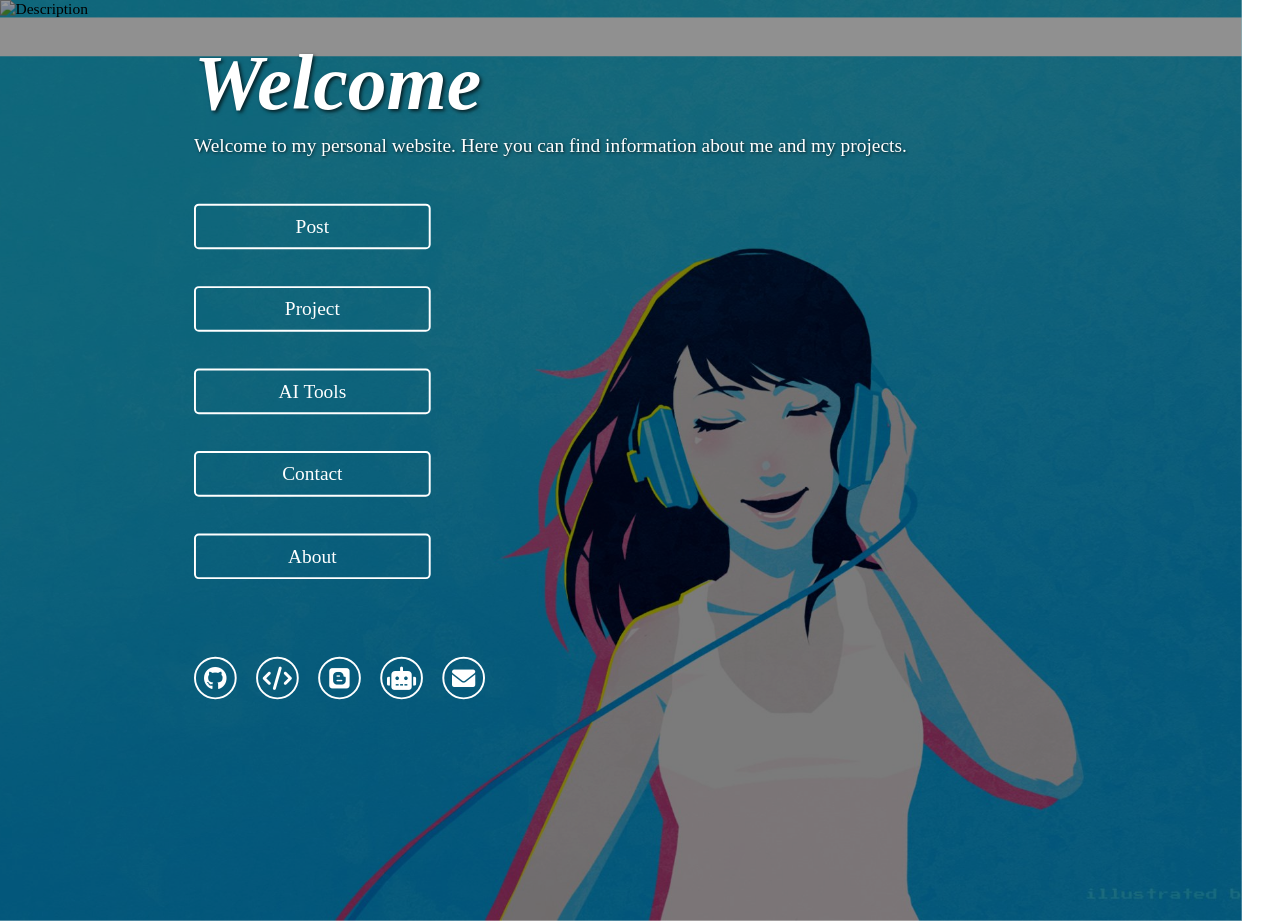
Repository: cydxf/cydxf.github.io
Page: index.html
An editor plug-in stored every save of this project. The page is shown before and after the next save, followed by the edit.
The browser window is 1280 px wide. The page is 1280 px wide, then 1320 px, so the pictures cover 1320 px, including what lies to the right of the window. The pictures show the whole page, at 97% of full size.

Above is the page before, as saved 2024-08-02 04:01:21.
Not found: your-image-url.jpg

After the next save:
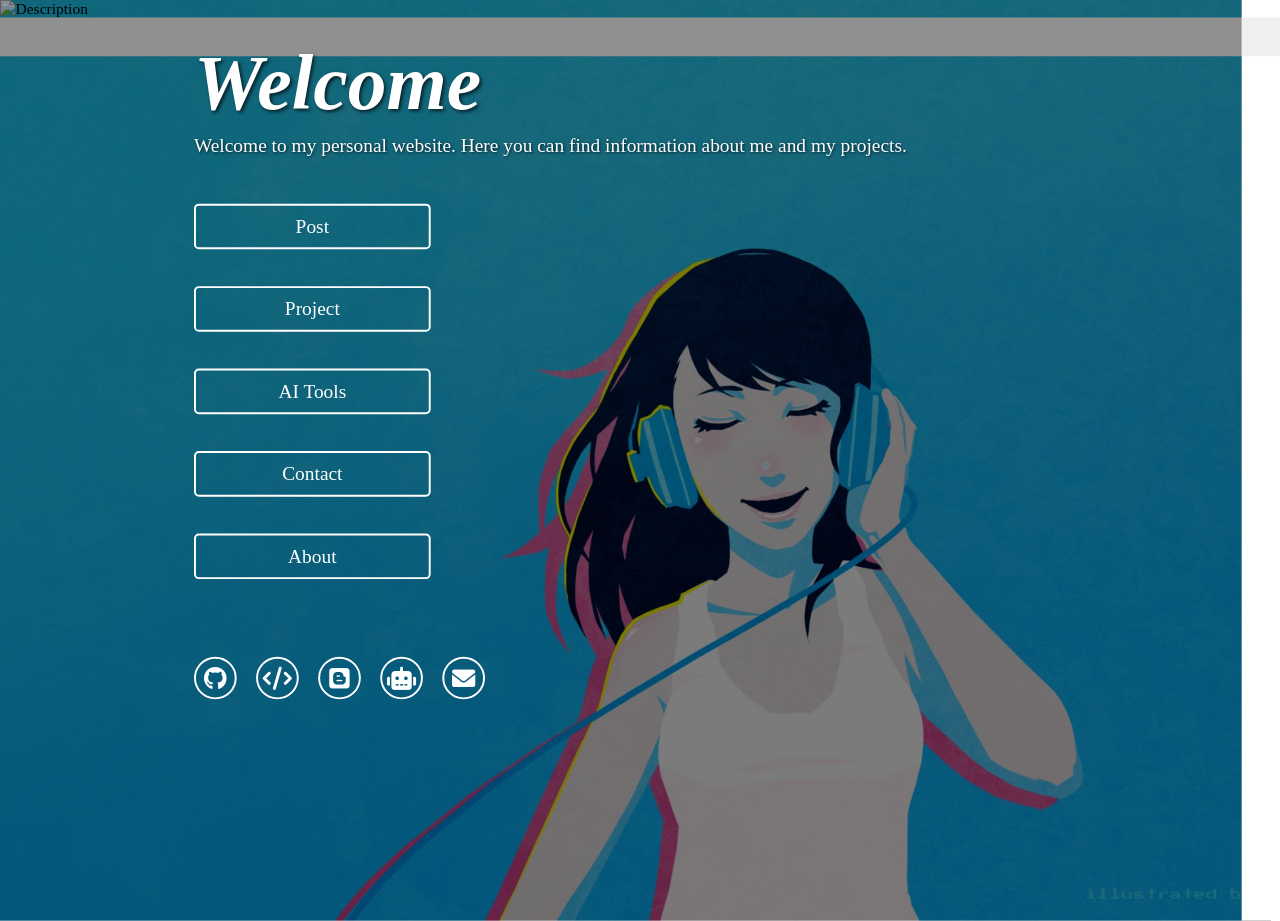
Saved 89 s later.
--- a/css/styles.css
+++ b/css/styles.css
@@ -112,18 +112,20 @@ body, html {
 
 .image-container {
     position: relative;
-    display: inline-block;
-    width: 100%; /* 根据需要调整宽度 */
+    width: 100%; /* 确保图片容器的宽度 */
+    margin: 0; /* 去除可能存在的默认外边距 */
 }
 
 .image-container img {
     display: block;
-    width: 100%; /* 根据需要调整图片的大小 */
-    height: auto;
+    width: 100%; /* 确保图片填满容器 */
+    height: auto; /* 自适应高度 */
 }
 
 .gray-background {
     background-color: #f0f0f0; /* 灰色背景色 */
     padding: 20px; /* 内边距，调整内容的间距 */
     text-align: center; /* 可选，调整内容的对齐方式 */
+    margin-top: 0; /* 确保与图片无间隙 */
+    width: 100%; /* 确保灰色背景块填满容器宽度 */
 }
